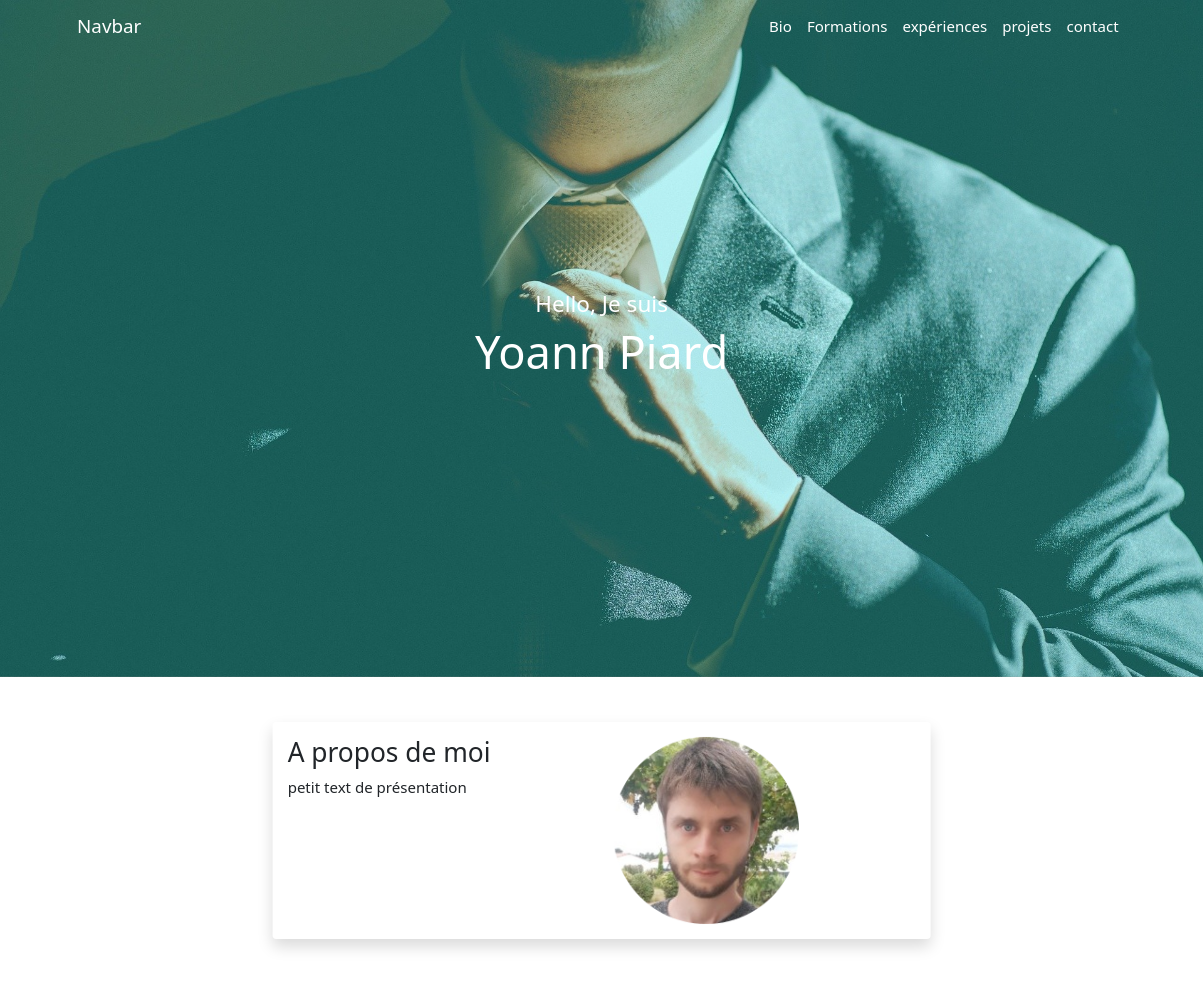
Repository: ypiard85/port-folio-bootstrap-yoann-2021
Page: index.html
An editor plug-in stored every save of this project. The page is shown before and after the next save, followed by the edit.
The browser window is 1280 px wide. The pictures show the whole page, at 94% of full size.

Above is the page before, as saved 2021-03-09 13:56:58.

After the next save:
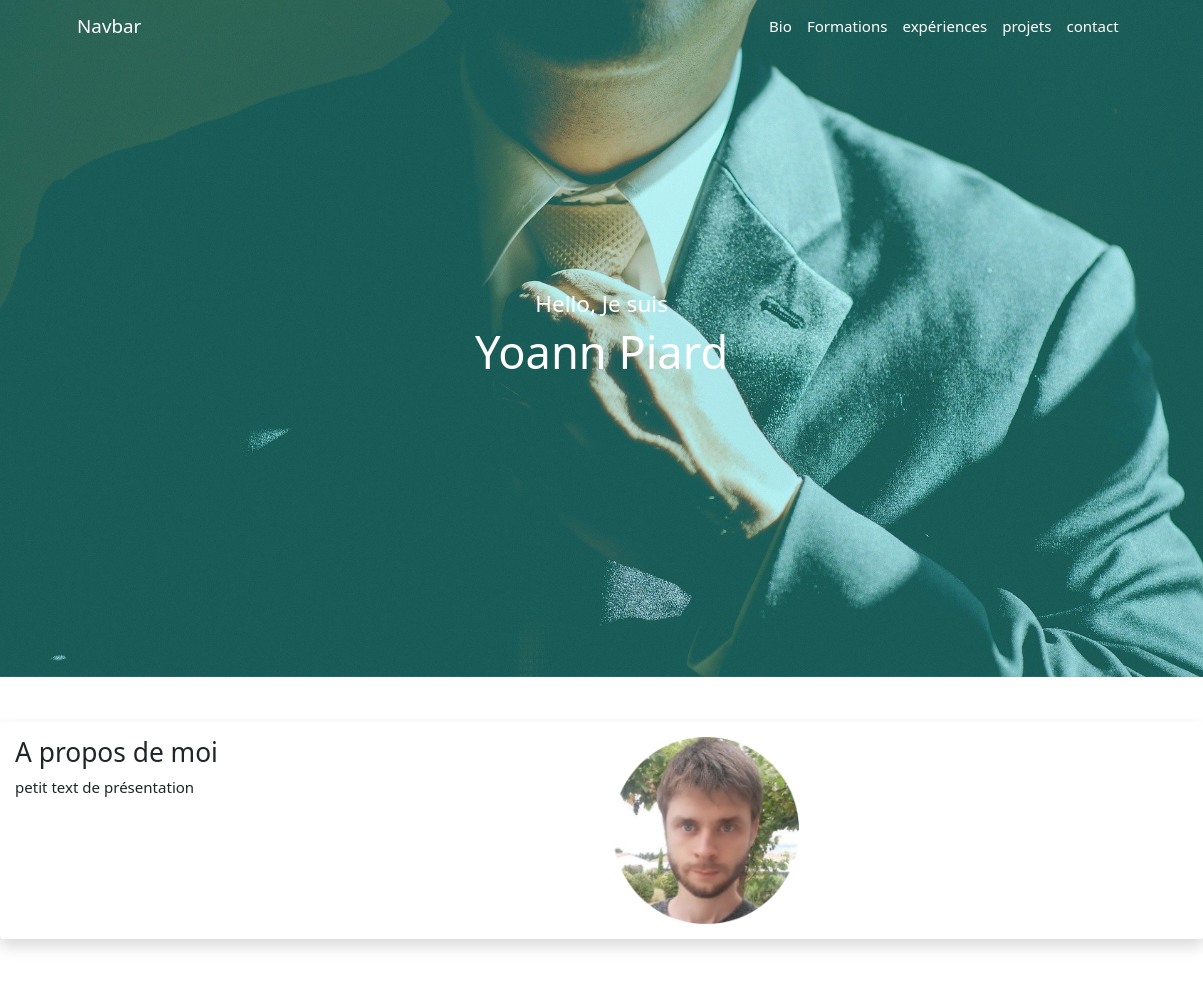
Saved 19 s later.
--- a/resource/style.css
+++ b/resource/style.css
@@ -22,7 +22,7 @@
 }
 
 .about_me{
-    width: 700px;
+
     margin: auto;
     margin-top: 0px;
 }

After the save that followed:
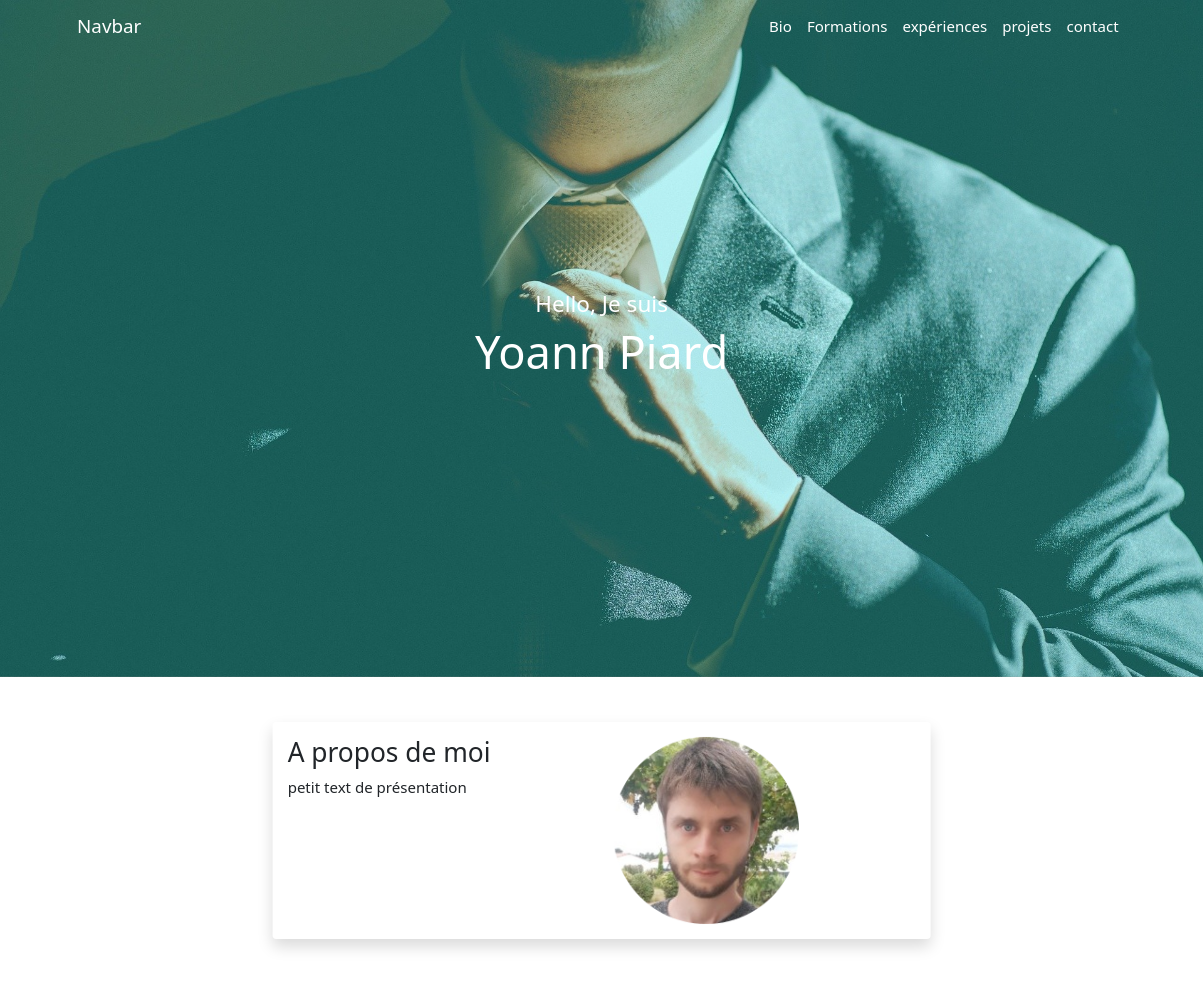
Saved 4 s later.
--- a/resource/style.css
+++ b/resource/style.css
@@ -22,7 +22,7 @@
 }
 
 .about_me{
-
+    width: 700px;
     margin: auto;
     margin-top: 0px;
 }
